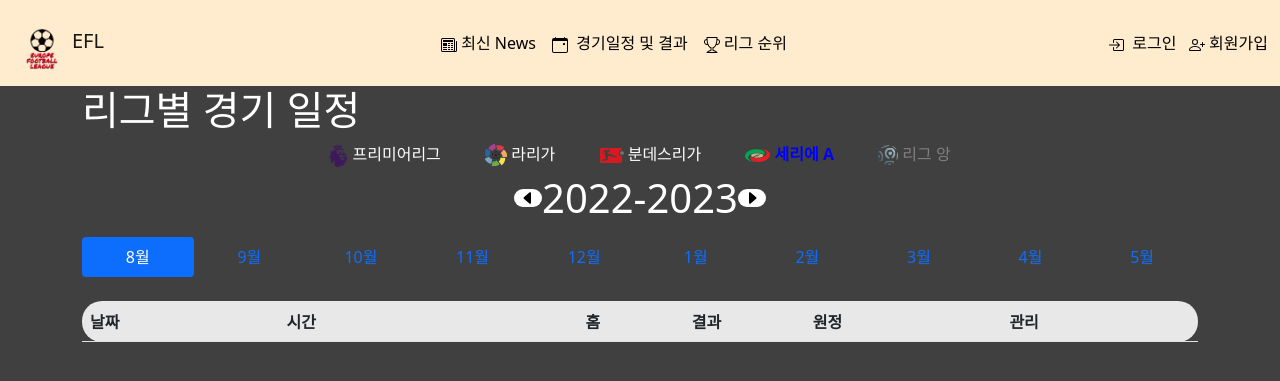
Repository: kylekimkim/uefa_project
Page: http://localhost/admin/match/2223/listSerie
These files come from the project's save history. The page is drawn as it stood at one moment and after the next save; the edit follows.
The browser window is 1280 px wide. The pictures show the whole page.
The page is this project's Thymeleaf template; nobody is signed in. The template is opened directly, without the code that normally fills it, so the values that code supplies are empty.

Above is the page before, as saved 2022-07-22 03:46:03.

After the next save:
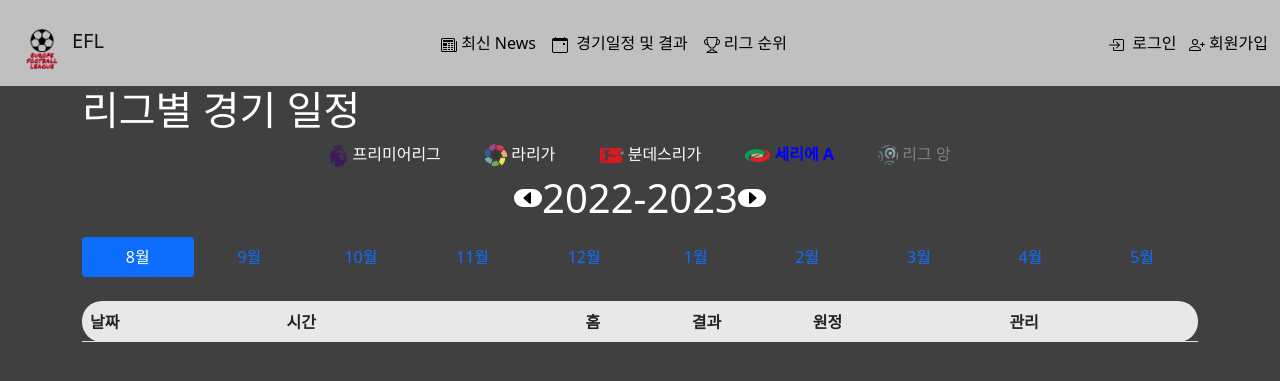
Saved 2 min 55 s later.
--- a/uefa_project/src/main/resources/templates/header_nav.html
+++ b/uefa_project/src/main/resources/templates/header_nav.html
@@ -21,7 +21,7 @@
 	}
 	</style>
 	<body>
-		<nav class="navbar navbar-expand-lg navbar-light" style="background-color:blanchedalmond;">
+		<nav class="navbar navbar-expand-lg navbar-light" style="background-color:rgb(192, 192, 192);">
 			<div class="container-fluid">
 			    <a class="navbar-brand" href="/"><img src="/img/logo.png" alt="league_image" width=60px; >EFL</a>
 				<div class="collapse navbar-collapse justify-content-between" id="navbarNavDropdown">
